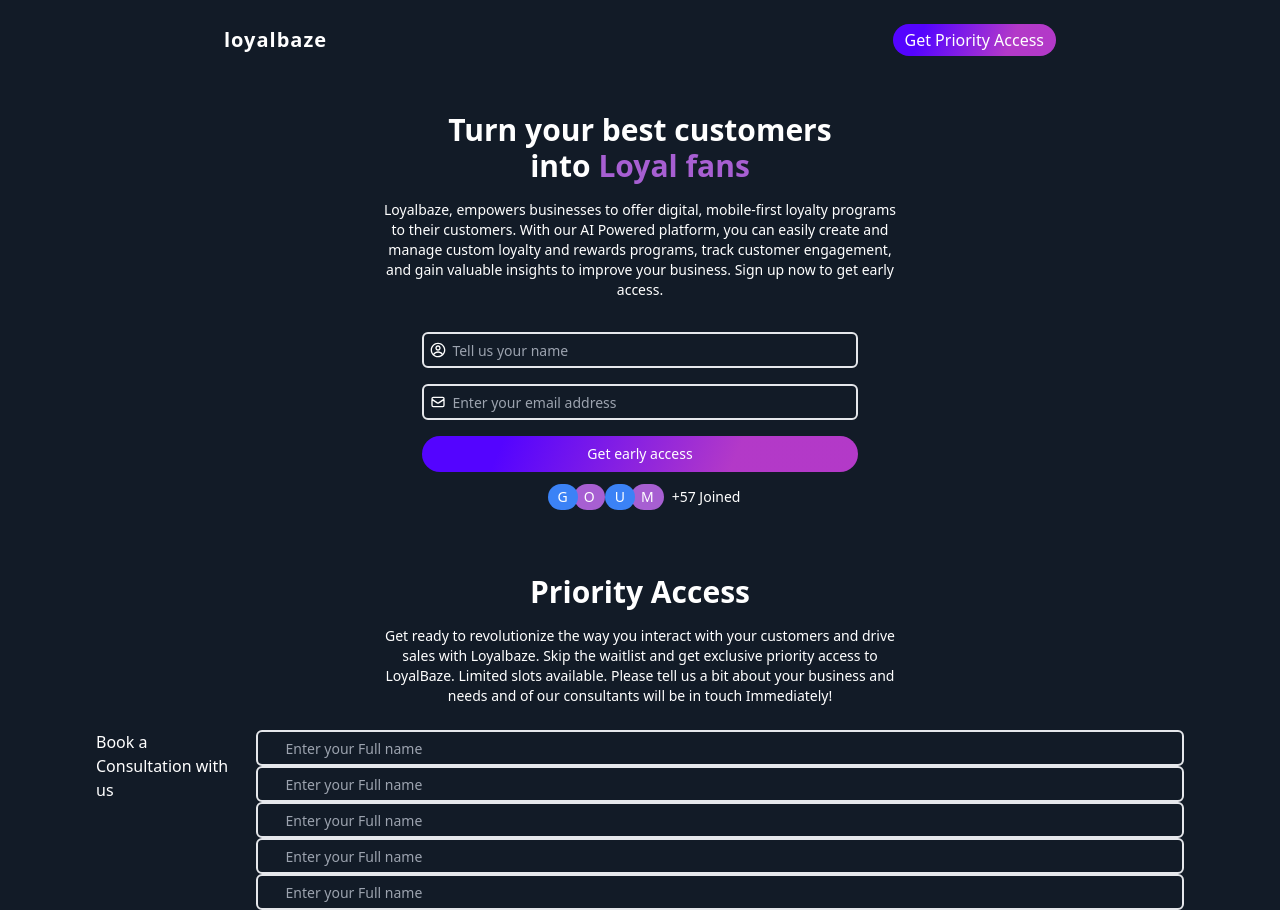
Repository: Jerified/loyalbaze
Page: /
These files come from the project's save history. The page is drawn as it stood at one moment and after a run of saves; the edit follows.
The browser window is 1280 px wide. The pictures show the whole page.
The project was rebuilt for these pictures with package versions that can differ from the ones it lists, and the page was loaded fresh each time. The framework's server and built-in components were replaced by stand-ins that run in the browser. Also part of the build but not shown: next.config.js.

Above is the page before, as saved 2023-02-11 07:31:28.

After the next 2 saves:
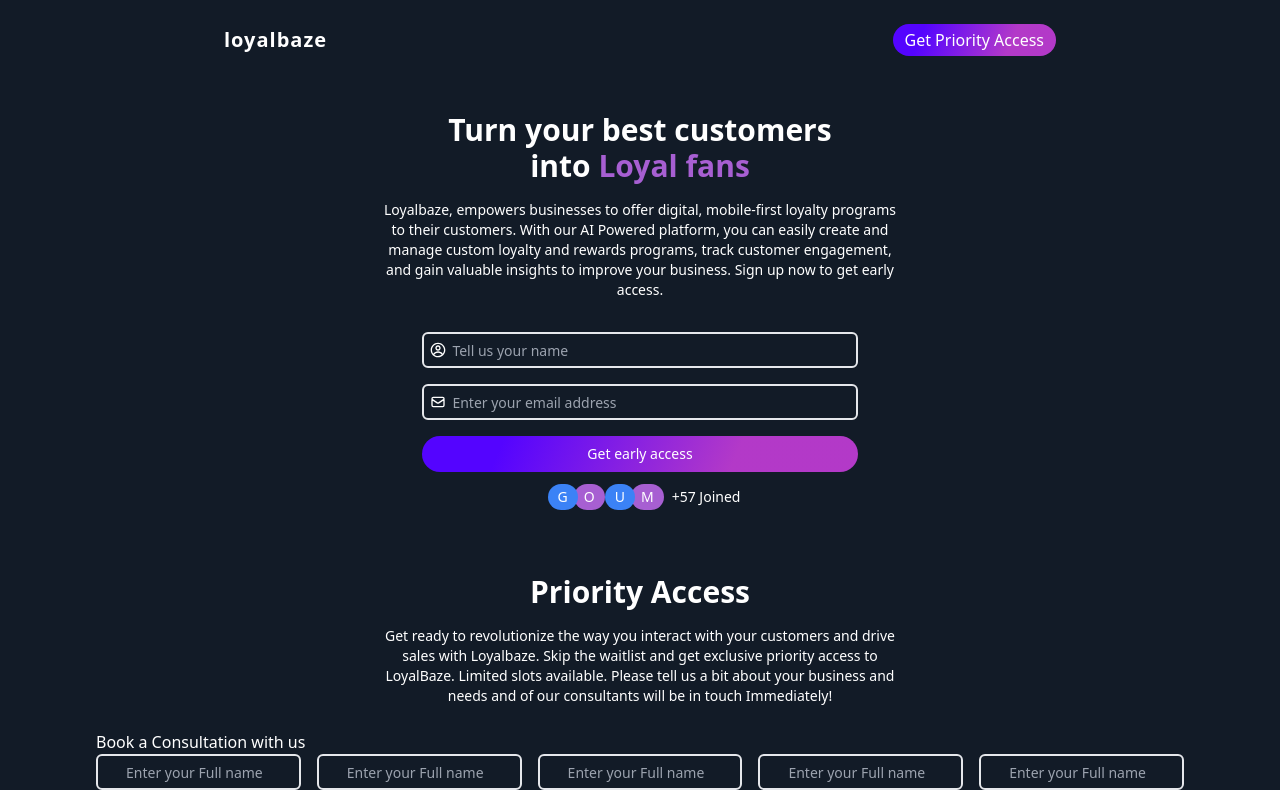
The 2 saves are shown as one change because they came seconds apart.
The last was saved 9 s later.
--- a/src/components/Form.tsx
+++ b/src/components/Form.tsx
@@ -14,9 +14,9 @@
             be in touch Immediately!
           </p>
         </div>
-        <form action="" className="pt-6 flex flex-cols gap-4">
+        <form action="" className="pt-6">
           <p className="">Book a Consultation with us</p>
-          <div className="">
+          <div className=" flex flex-cols gap-4">
             <input
               type="text"
               className="bg-inherit border-2 w-full rounded-md py-1 px-2 pl-7 placeholder:text-[14px]"
